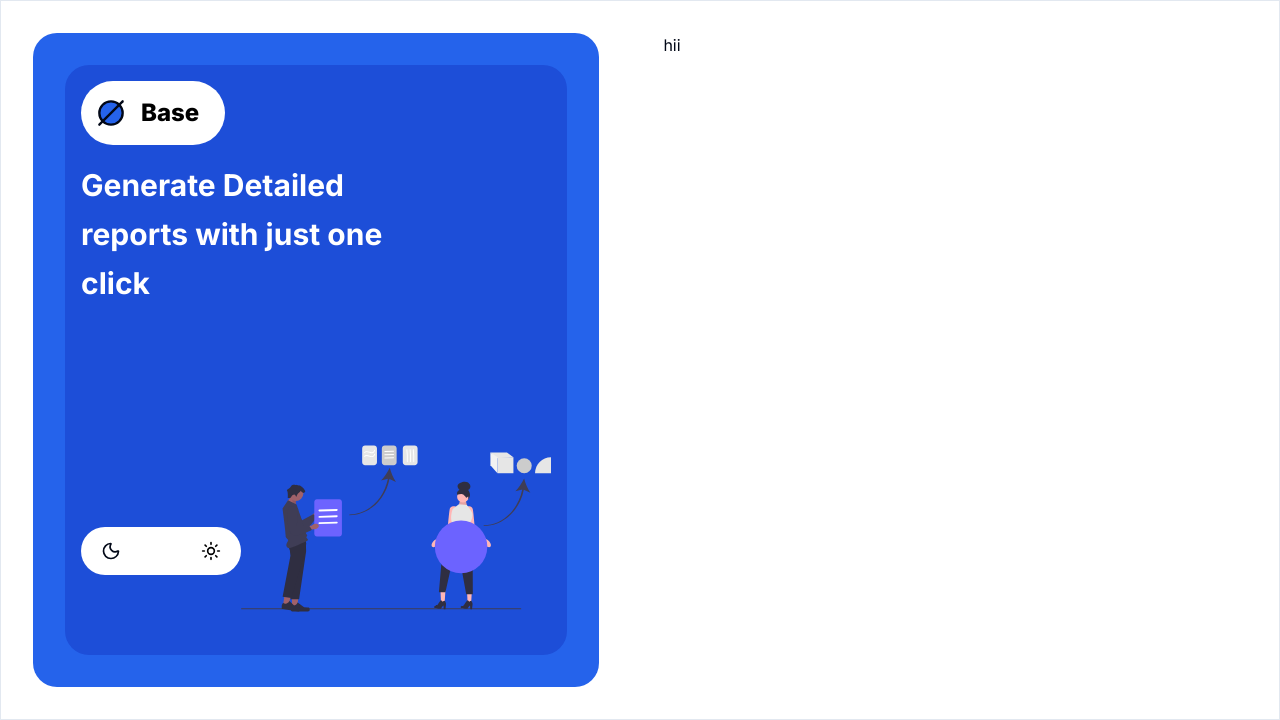
Repository: Hardyy00/openinapp_assignment
Page: /
These files come from the project's save history. The page is drawn as it stood at one moment and after the next save; the edit follows.
The browser window is 1280 px wide. The pictures show the whole page.
The project was rebuilt for these pictures with package versions that can differ from the ones it lists, and the page was loaded fresh each time. The framework's server and built-in components were replaced by stand-ins that run in the browser. Also part of the build but not shown: next.config.mjs.

Above is the page before, as saved 2024-08-23 15:37:58.

### app/layout.tsx
import type { Metadata } from "next";
import { Inter } from "next/font/google";
import "./globals.css";
import { ThemeProvider } from "@/components/theme-provider";

const inter = Inter({ subsets: ["latin"] });

export const metadata: Metadata = {
  title: "Create Next App",
  description: "Generated by create next app",
};

export default function RootLayout({
  children,
}: Readonly<{
  children: React.ReactNode;
}>) {
  return (
    <html lang="en">
      <body className={inter.className}>
        <ThemeProvider
          attribute="class"
          defaultTheme="system"
          storageKey="base"
        >
          {children}
        </ThemeProvider>
      </body>
    </html>
  );
}

### app/(auth)/layout.tsx
import { ThemeToggle } from "@/components/theme-toggle";
import { CircleSlash2 } from "lucide-react";
import Image from "next/image";

export default function Layout({ children }: { children: React.ReactNode }) {
  return (
    <div className="w-full h-full border flex flex-col lg:flex-row">
      <div className="flex-[0.5] p-8">
        <div className="p-8 bg-blue-600 h-full rounded-3xl">
          <div className="p-4 bg-blue-700 h-full rounded-3xl flex flex-col gap-y-4 justify-between">
            <div className="p-4 flex items-center bg-white rounded-full w-[9rem] space-x-4">
              <CircleSlash2 className="stroke-white-600 fill-blue-600 h-7 w-7" />
              <h1 className="text-black font-extrabold text-2xl ">Base</h1>
            </div>

            <div className="w-[80%]">
              <p className="text-3xl font-bold text-wrap leading-relaxed text-white">
                Generate Detailed reports with just one click
              </p>
            </div>

            <div className=" flex h-[24rem]">
              <div className="flex-[0.3] self-end pb-16">
                <ThemeToggle />
              </div>
              <div className="flex-1 h-[70%] self-end  relative">
                {/* <div className="h-[70%]"> */}
                {/* <div className=" relative h-[70%] "> */}
                <Image src={"/auth.svg"} fill alt="svg" />
                {/* </div> */}
                {/* </div> */}
              </div>
            </div>
          </div>
        </div>
      </div>

      <div>{children}</div>
    </div>
  );
}

### app/(auth)/page.tsx
export default function Page() {
  return (
    <div className="h-full p-8">
      <div className="">hii</div>
    </div>
  );
}

### components/theme-toggle.tsx
"use client";

import { Moon, Sun } from "lucide-react";
import { useTheme } from "next-themes";
import { Button } from "./ui/button";
import { cn } from "@/lib/utils";
import { useState } from "react";

export const ThemeToggle = () => {
  const { setTheme } = useTheme();
  const [on, setOn] = useState<String>("sun");

  const handleClick = (type: string) => {
    if (type === "sun") {
      setOn("sun");
      setTheme("light");
    } else {
      setOn("moon");
      setTheme("dark");
    }
  };

  return (
    <div className="w-[10rem] p-1 rounded-full bg-background">
      <div className="flex w-full items-center justify-between">
        <Button
          variant={"ghost"}
          className={cn(
            "p-4 rounded-[4rem]",
            on === "moon" && "bg-black text-white"
          )}
          onClick={() => handleClick("moon")}
        >
          <Moon className="h-5 w-5" />
        </Button>

        <Button
          variant={"ghost"}
          className={cn(
            "p-4 rounded-[4rem] hover:bg-white hover:text-black",
            on === "sun" && "bg-white text-black"
          )}
          onClick={() => handleClick("sun")}
        >
          <Sun className="h-5 w-5" />
        </Button>
      </div>
    </div>
  );
};

### components/ui/button.tsx
import * as React from "react";
import { Slot } from "@radix-ui/react-slot";
import { cva, type VariantProps } from "class-variance-authority";

import { cn } from "@/lib/utils";

const buttonVariants = cva(
  "inline-flex items-center justify-center whitespace-nowrap rounded-md text-sm font-medium ring-offset-background transition-colors focus-visible:outline-none focus-visible:ring-2 focus-visible:ring-ring focus-visible:ring-offset-2 disabled:pointer-events-none disabled:opacity-50",
  {
    variants: {
      variant: {
        primary: "bg-blue-600 text-primary-foreground",
        default: "bg-primary text-primary-foreground hover:bg-primary/90",
        destructive:
          "bg-destructive text-destructive-foreground hover:bg-destructive/90",
        outline:
          "border border-input bg-background hover:bg-accent hover:text-accent-foreground",
        secondary:
          "bg-secondary text-secondary-foreground hover:bg-secondary/80",
        ghost: "hover:bg-accent hover:text-accent-foreground",
        link: "text-primary underline-offset-4 hover:underline",
      },
      size: {
        default: "h-10 px-4 py-2",
        sm: "h-9 rounded-md px-3",
        lg: "h-11 rounded-md px-8",
        icon: "h-10 w-10",
      },
    },
    defaultVariants: {
      variant: "default",
      size: "default",
    },
  }
);

export interface ButtonProps
  extends React.ButtonHTMLAttributes<HTMLButtonElement>,
    VariantProps<typeof buttonVariants> {
  asChild?: boolean;
}

const Button = React.forwardRef<HTMLButtonElement, ButtonProps>(
  ({ className, variant, size, asChild = false, ...props }, ref) => {
    const Comp = asChild ? Slot : "button";
    return (
      <Comp
        className={cn(buttonVariants({ variant, size, className }))}
        ref={ref}
        {...props}
      />
    );
  }
);
Button.displayName = "Button";

export { Button, buttonVariants };

Loaded but not shown: app/globals.css (common file); components/theme-provider.tsx (common file); lib/utils.ts (common file); tailwind.config.ts (common file)

After the next save:
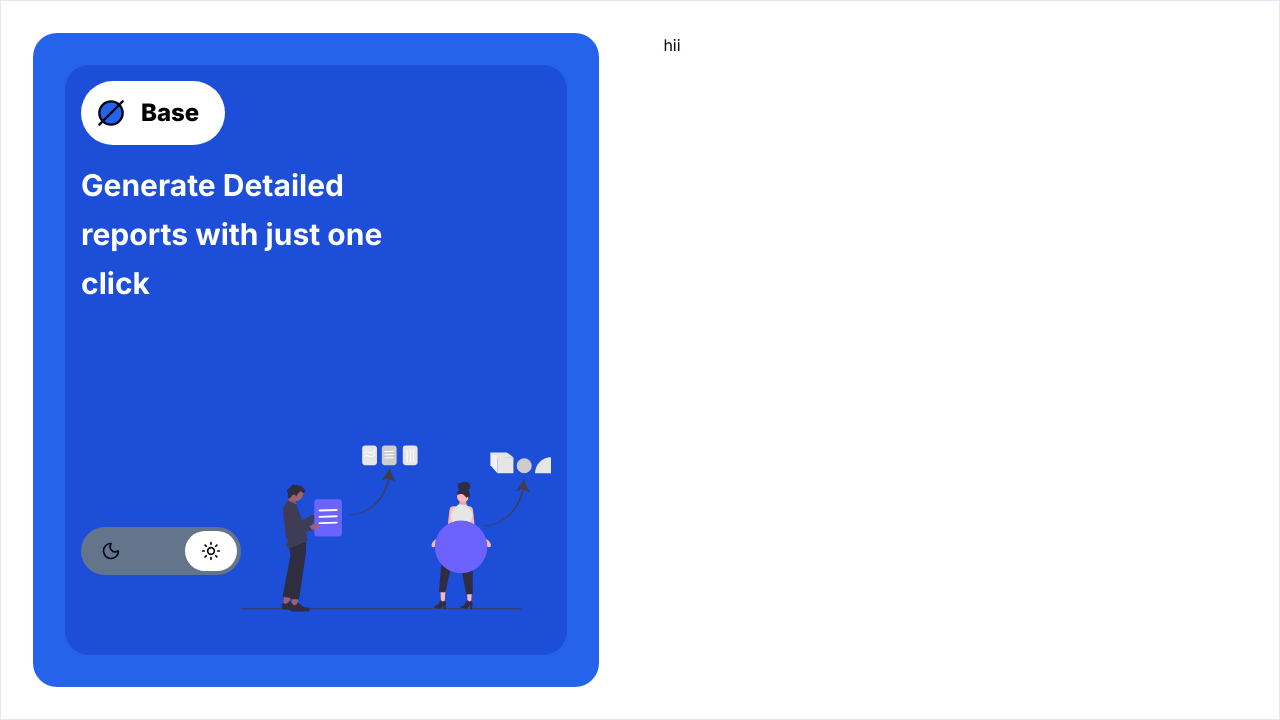
Saved 31 s later.
--- a/components/theme-toggle.tsx
+++ b/components/theme-toggle.tsx
@@ -21,7 +21,7 @@ export const ThemeToggle = () => {
   };
 
   return (
-    <div className="w-[10rem] p-1 rounded-full bg-background">
+    <div className="w-[10rem] p-1 rounded-full bg-muted-foreground">
       <div className="flex w-full items-center justify-between">
         <Button
           variant={"ghost"}
